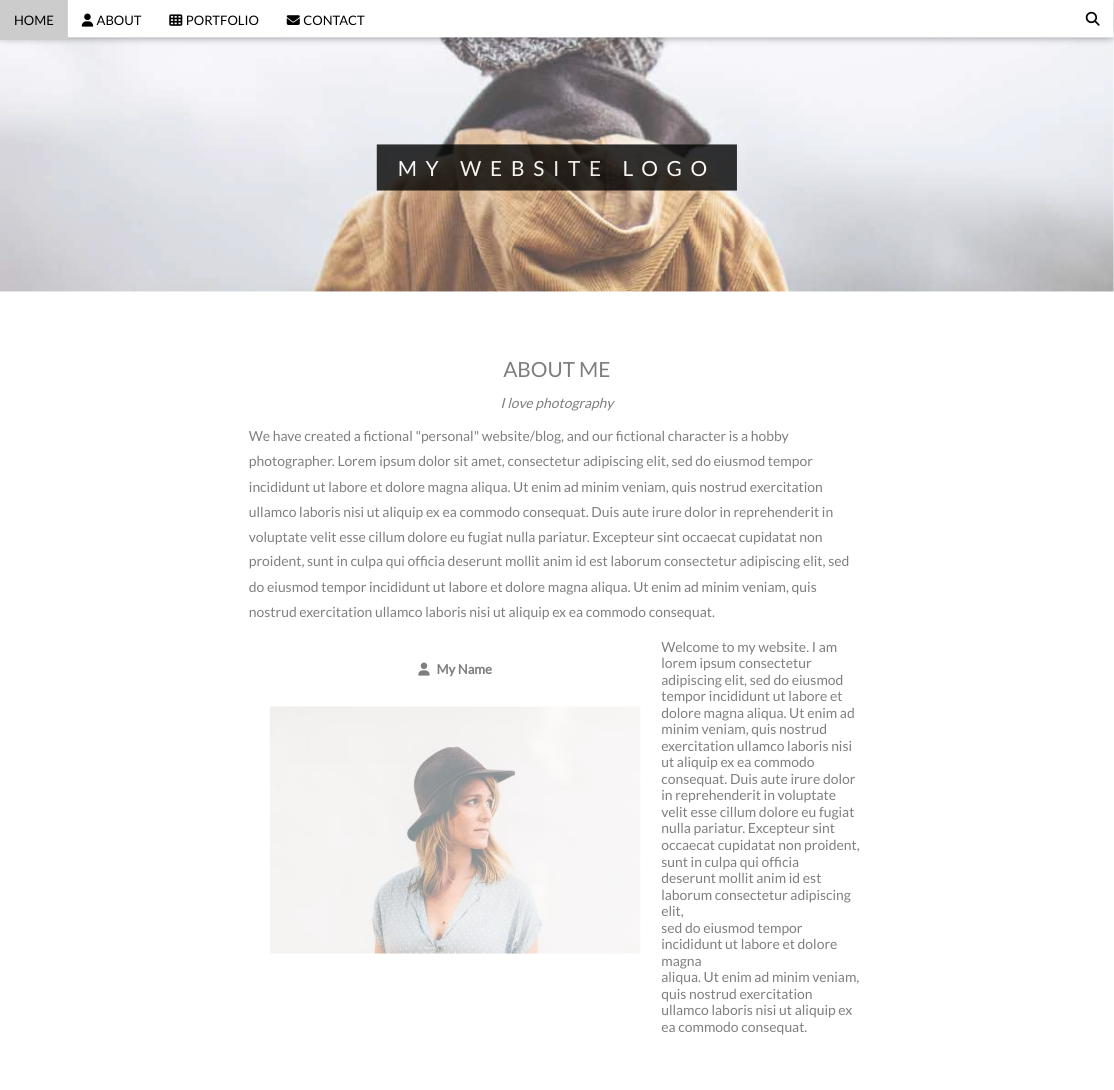
Repository: xd25vn/project-error
Page: index.html
An editor plug-in stored every save of this project. The page is shown before and after the next save, followed by the edit.
The browser window is 1280 px wide. The pictures show the whole page, at 87% of full size.
The pointer rests on the first visible `#content #per-dec-one .per-img-one .per-img img`.

Above is the page before, as saved 2023-09-02 17:39:51.

After the next save:
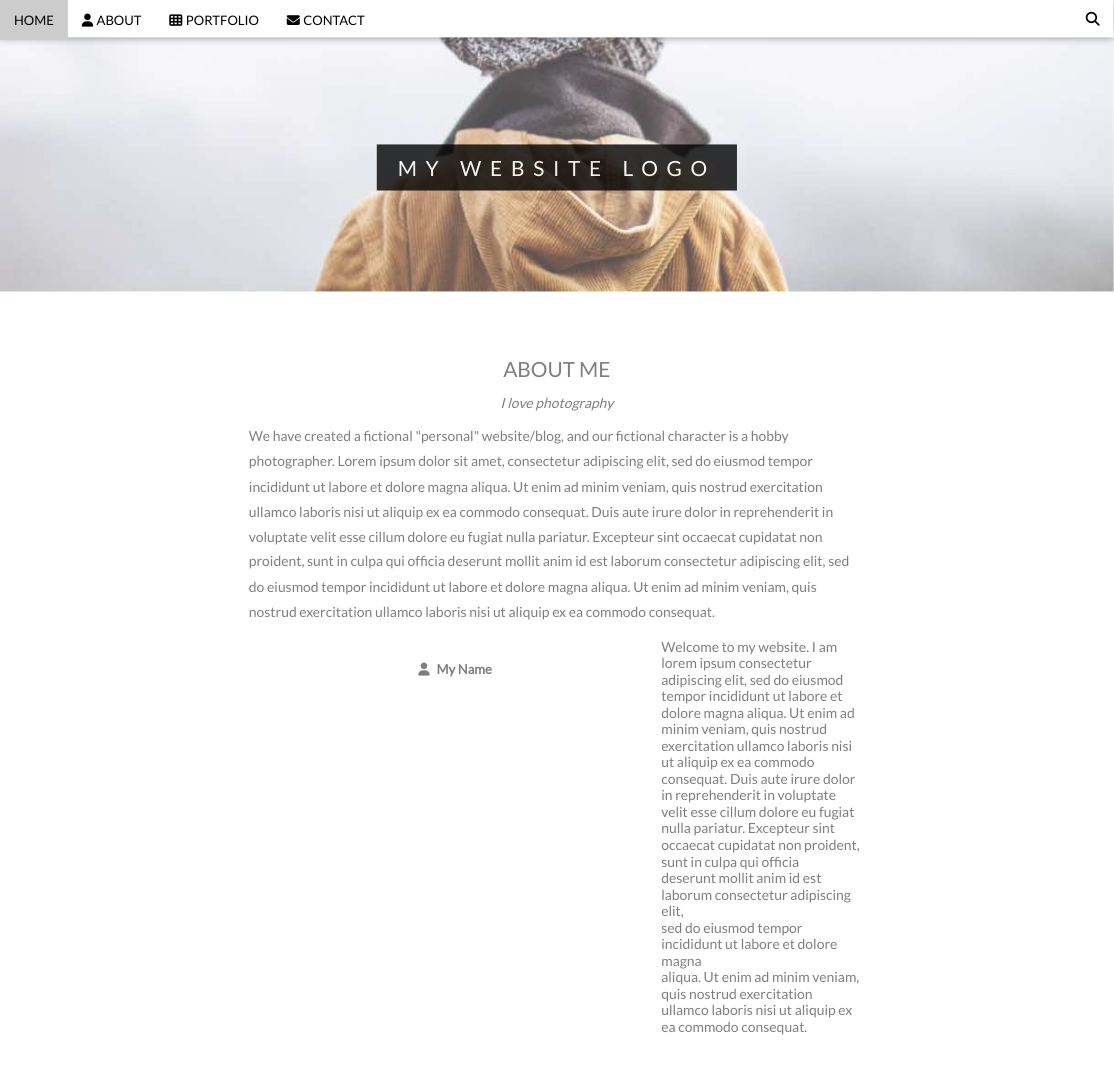
Saved 7 s later.
--- a/assets/main.css
+++ b/assets/main.css
@@ -131,5 +131,5 @@
 }
 
 #content #per-dec-one .per-img-one .per-img img:hover {
-    opacity: 1;
+    opacity: 0;
 }

After the save that followed:
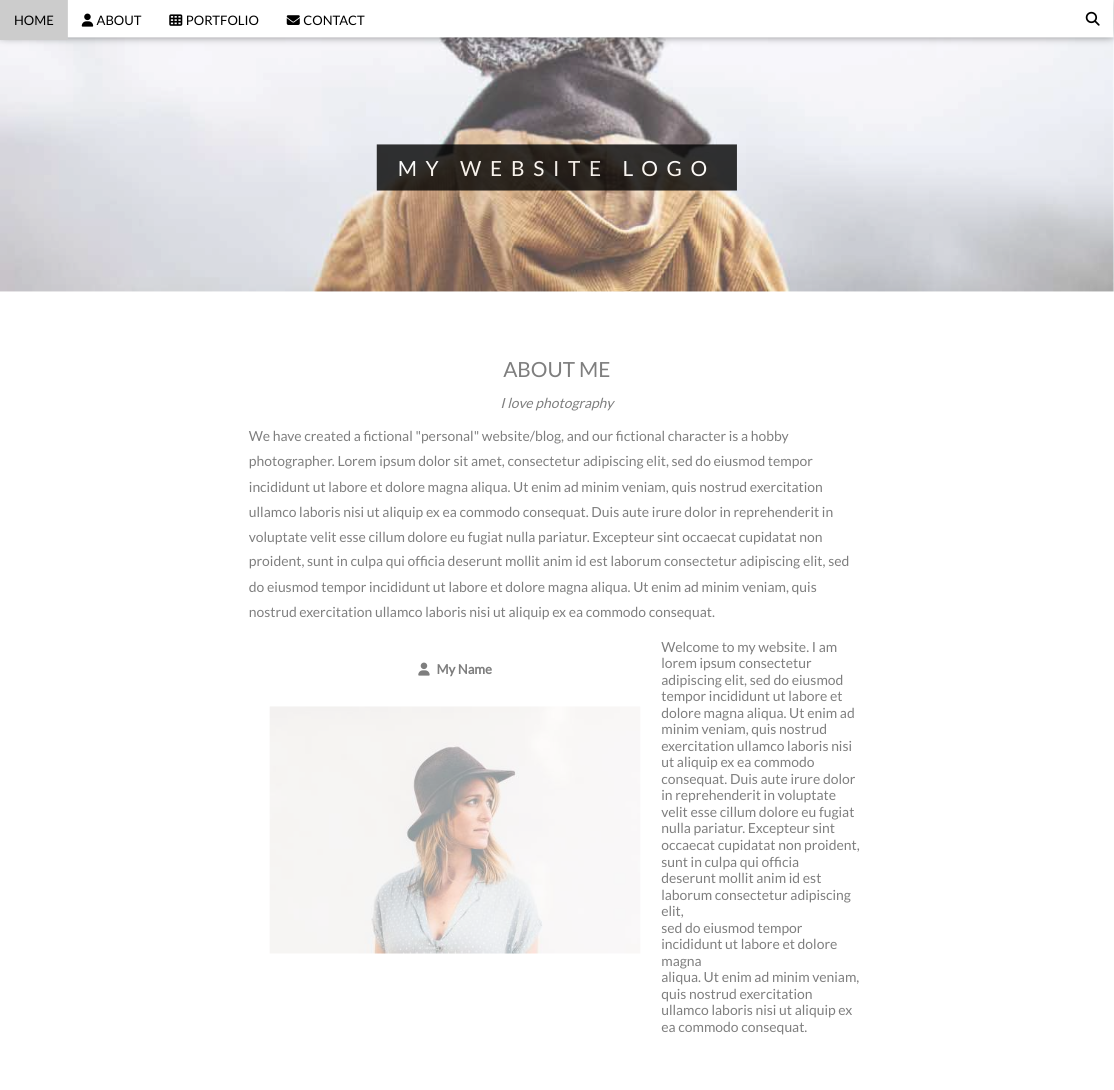
Saved 10 s later.
--- a/assets/main.css
+++ b/assets/main.css
@@ -131,5 +131,5 @@
 }
 
 #content #per-dec-one .per-img-one .per-img img:hover {
-    opacity: 0;
+    opacity: 0.9;
 }
